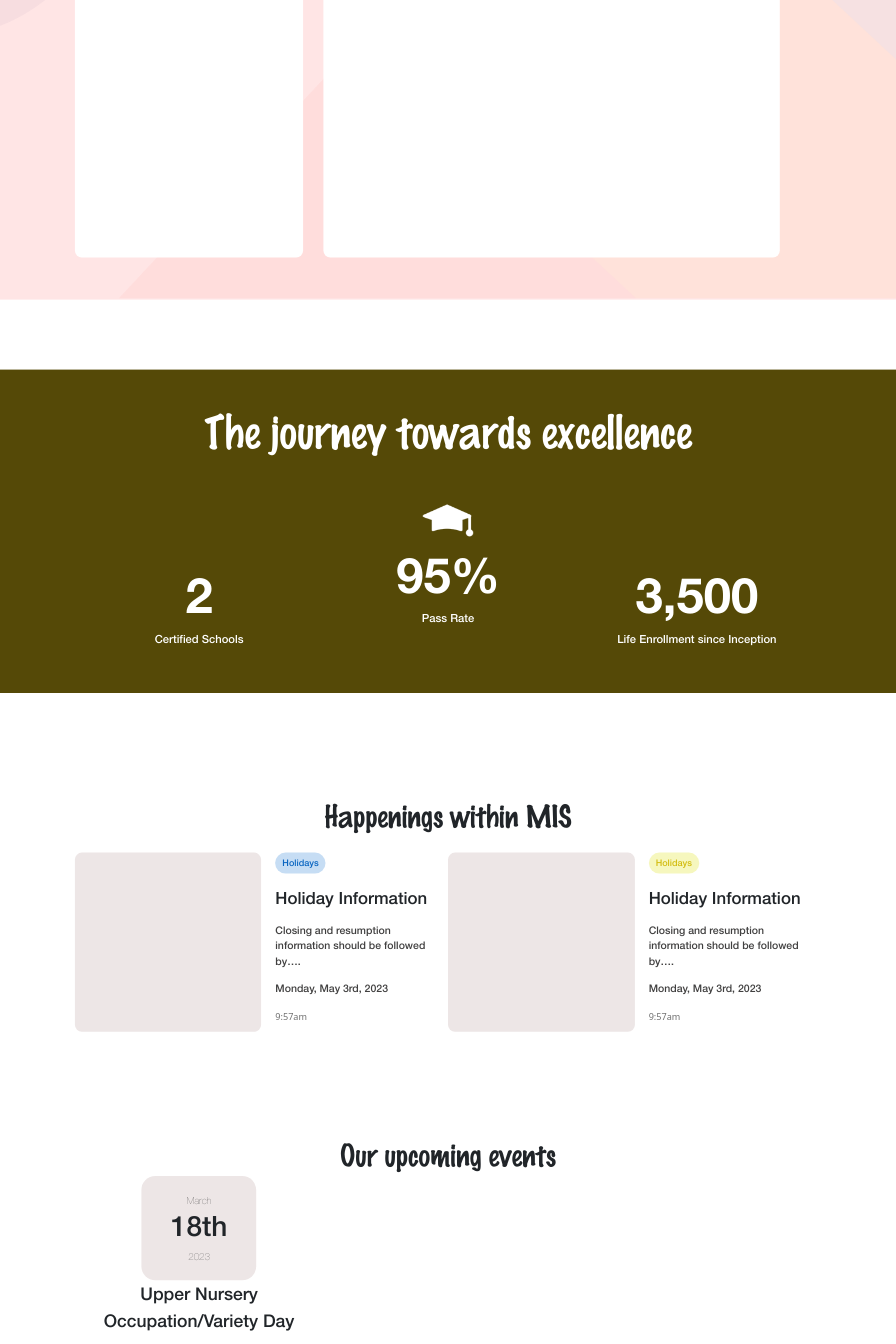
Repository: sarahnnanyelugo/MIGS
Page: /
An editor plug-in stored every save of this project. The page is shown before and after the next save, followed by the edit.
The browser window is 1280 px wide. The pictures show the part of the page from y = 3530 to 5450 px (the page is 5450 px tall), at 70% of full size.
The project was rebuilt for these pictures with package versions that can differ from the ones it lists, and the page was loaded fresh each time.

Above is the page before, as saved 2023-05-30 14:09:53.

After the next save:
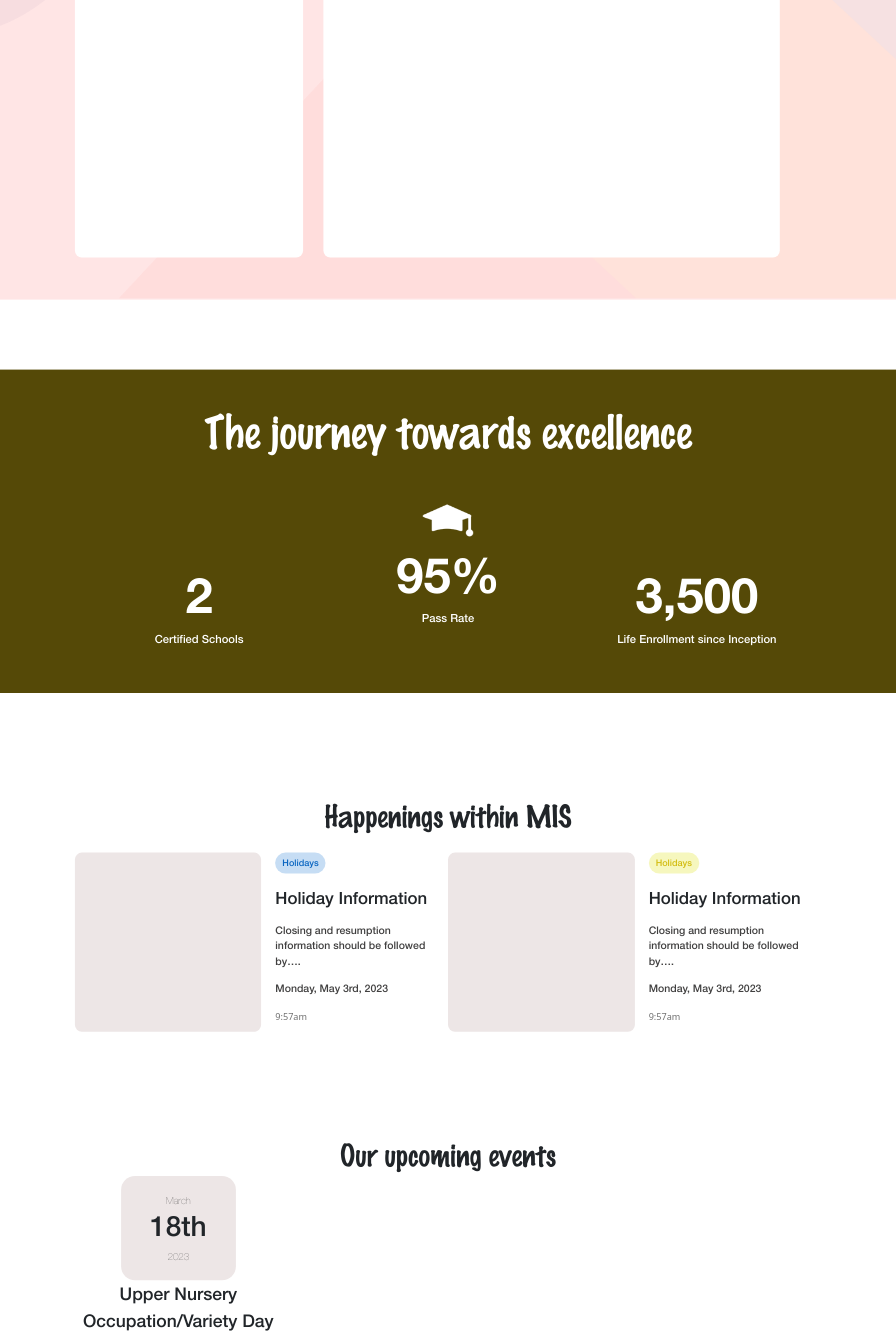
Saved 31 s later.
--- a/src/pages/Home/Home.js
+++ b/src/pages/Home/Home.js
@@ -285,10 +285,12 @@ function Home() {
         </center>
         <div className="flexy">
           <div className="col-md-4">
-            <center>
-              <Events year="2023" month="March" day="18th" />
-              <p>Upper Nursery Occupation/Variety Day</p>
-            </center>
+            <div className="col-md-10">
+              <center>
+                <Events year="2023" month="March" day="18th" />
+                <p>Upper Nursery Occupation/Variety Day</p>
+              </center>
+            </div>
           </div>
         </div>
       </div>
